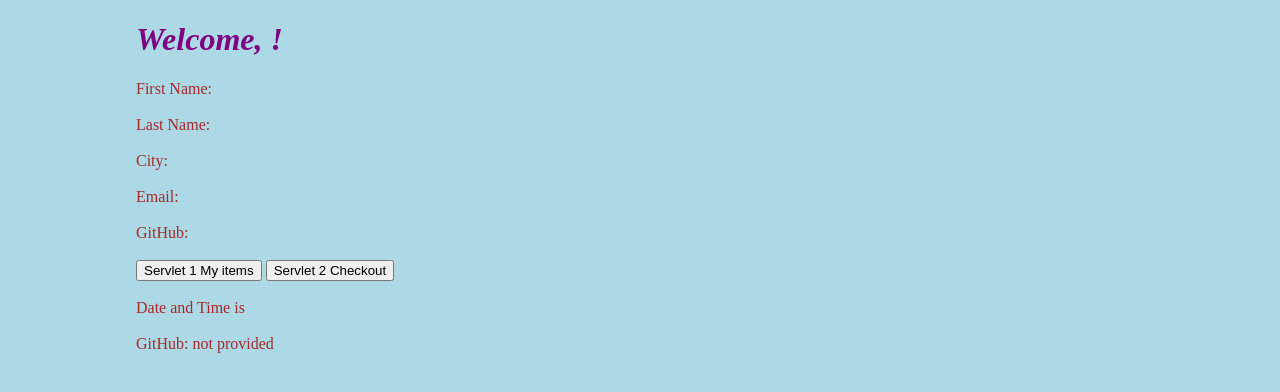
Repository: pmalayala/JavaWebProject
Page: http://localhost/SpringExample/WEB-INF/views/displayAdditionalPage.jsp
The author's editor kept a copy of each file at every save. The page is drawn from the files as they stood at one save, then again after the next save.
The browser window is 1280 px wide. The pictures show the whole page.
The page is served by Tomcat 9. Nobody is signed in. The template is opened directly, without the code that normally fills it, so the values that code supplies are empty.

Above is the page before, as saved 2016-11-09 02:24:29.

After the next save:
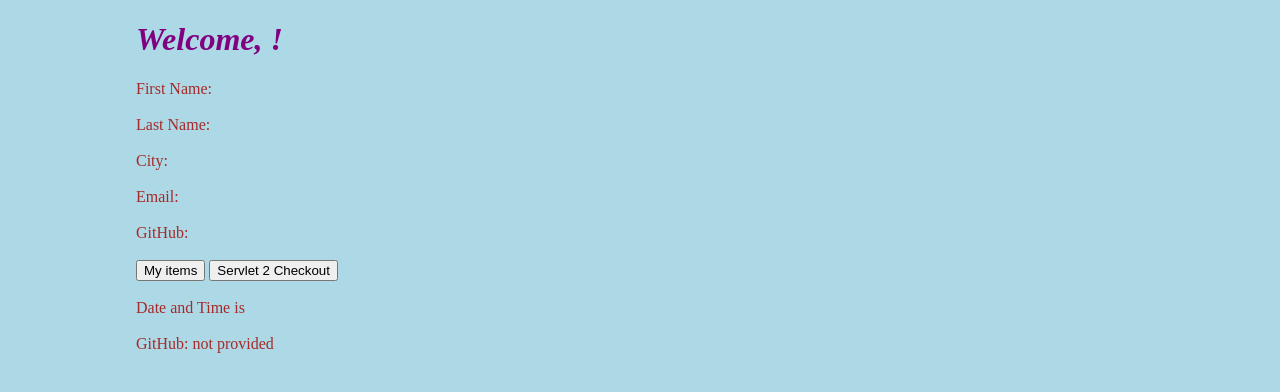
Saved 38 s later.
--- a/SpringExample/src/main/webapp/WEB-INF/views/displayAdditionalPage.jsp
+++ b/SpringExample/src/main/webapp/WEB-INF/views/displayAdditionalPage.jsp
@@ -21,7 +21,7 @@
             GitHub: ${param["github"]}
             <br><br>
         <button type="button" onclick=window.location.href="cart">
-            Servlet 1 My items</button>
+            My items</button>
 
         <button type="button" onclick=window.location.href="checkout">
             Servlet 2 Checkout</button>
